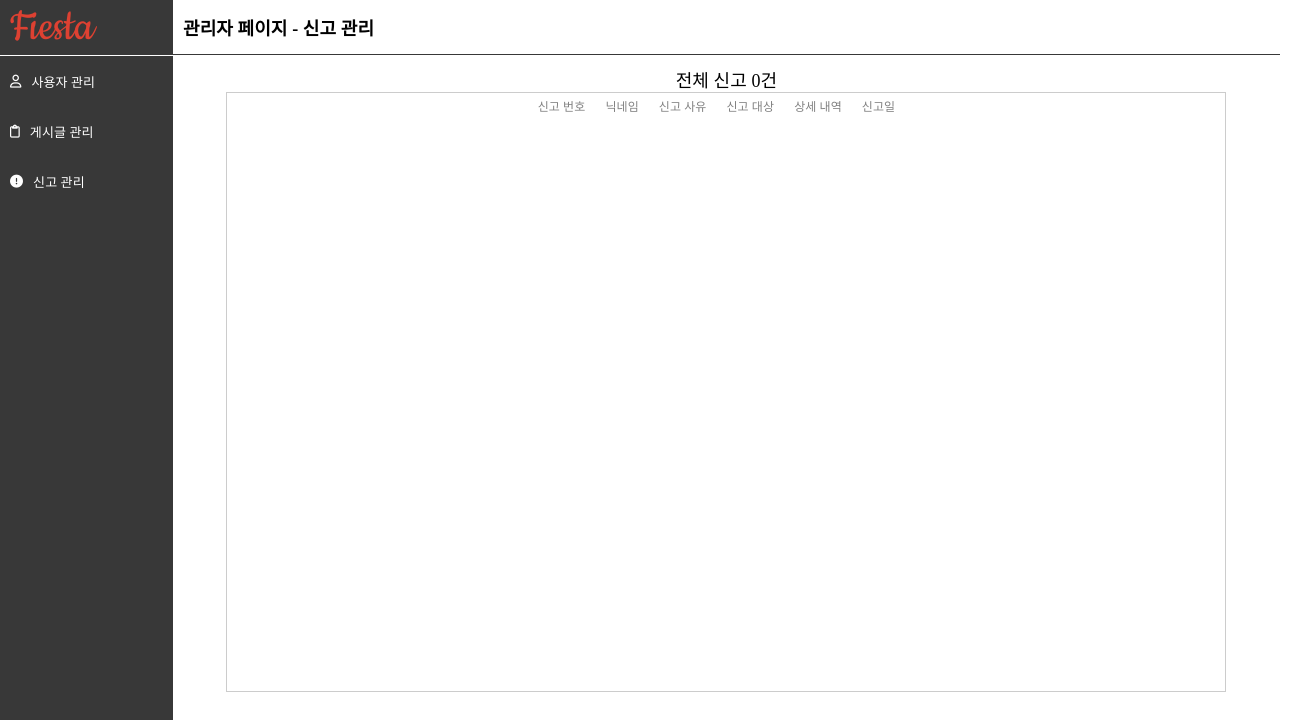
Repository: SNSFiestaTeam/Fiesta
Page: Fiesta/src/main/webapp/html/management/management-report.html
An editor plug-in stored every save of this project. The page is shown before and after the next save, followed by the edit.
The browser window is 1280 px wide. The page is 1280 px wide, then 1294 px, so the pictures cover 1294 px, including what lies to the right of the window. The pictures show the whole page.
Some web fonts or font styles are not loaded; a fallback is used. Some web libraries are served in a nearby version.

Above is the page before, as saved 2022-12-06 12:25:04.

After the next save:
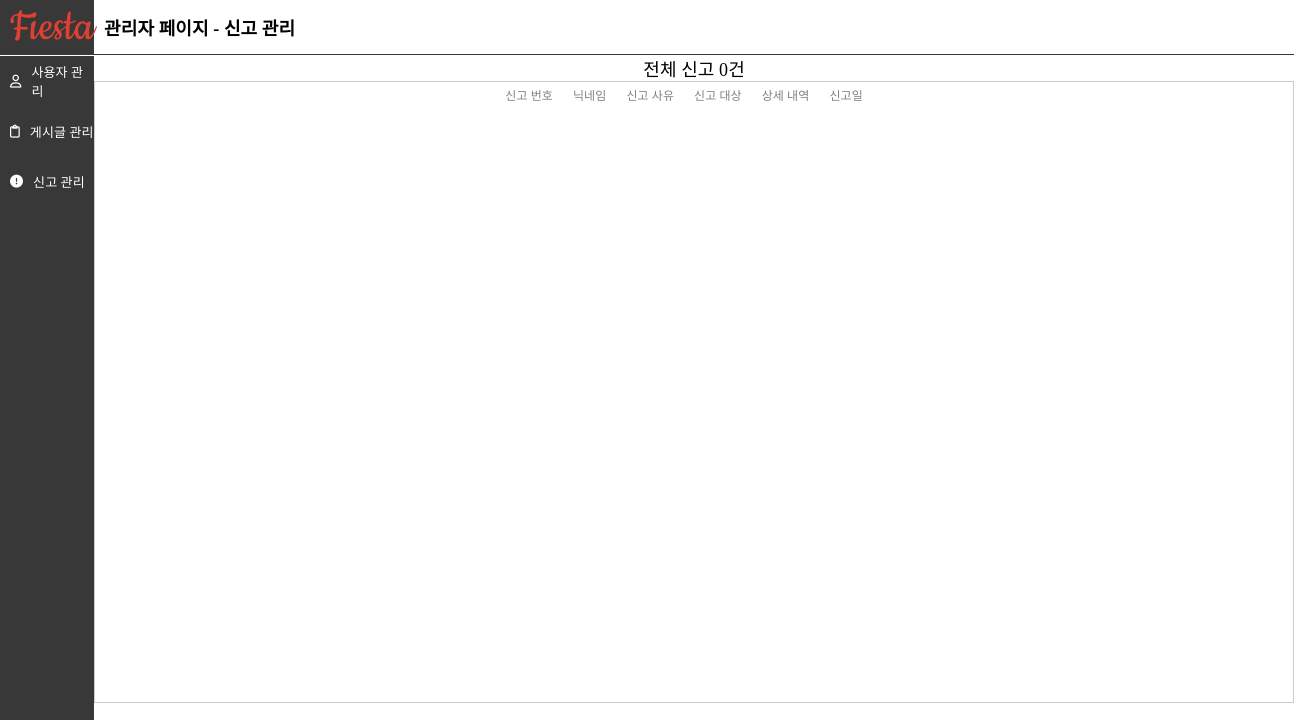
Saved 15 s later.
--- a/Fiesta/src/main/webapp/resources/css/management/management.css
+++ b/Fiesta/src/main/webapp/resources/css/management/management.css
@@ -98,8 +98,8 @@ body {
 .report-container {
   border: 1px solid #ccc;
 
-  width: 1000px;
-  height: 600px;
+  width: 1200px;
+  height: 900px;
 }
 
 .row {
